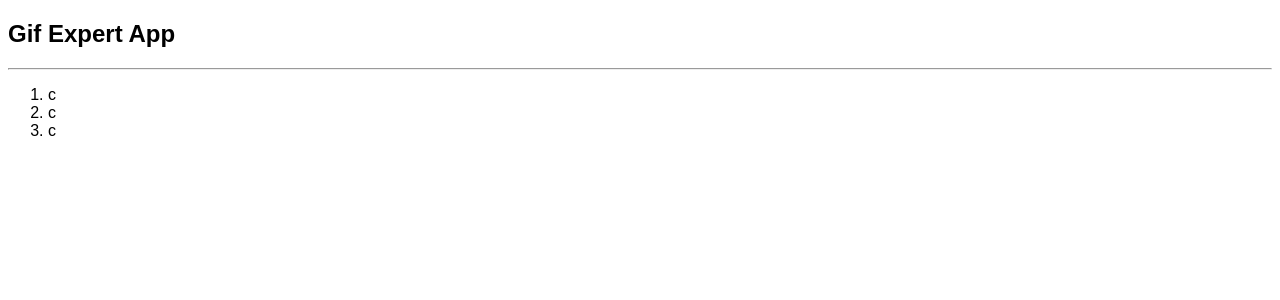
Repository: ppfeliuu/gifs-app
Page: /
The author's editor kept a copy of each file at every save. The page is drawn from the files as they stood at one save, then again after the next save.
The browser window is 1280 px wide. The pictures show the whole page.
The project was rebuilt for these pictures with package versions that can differ from the ones it lists, and the page was loaded fresh each time.

Above is the page before, as saved 2021-05-25 22:06:18.

After the next save:
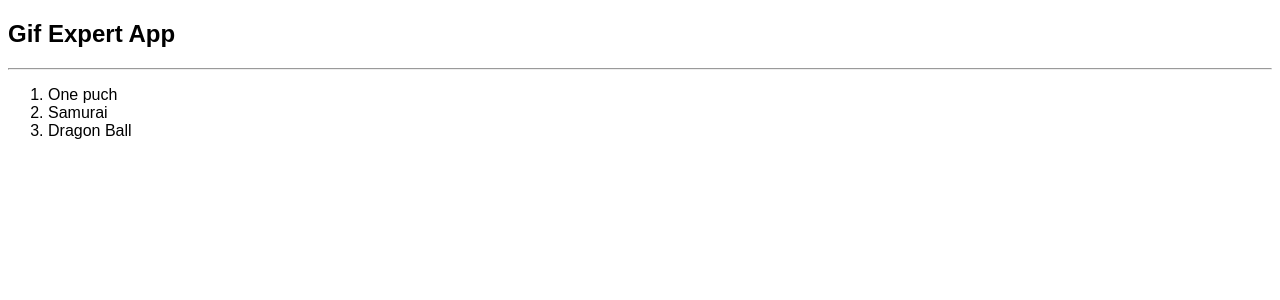
Saved 8 s later.
--- a/src/GifExpertApp.js
+++ b/src/GifExpertApp.js
@@ -10,7 +10,7 @@ export const GifExpertApp = () => {
 
             <ol>
             { categories.map( c => (
-                <li>c</li>
+                <li>{c}</li>
             )) }
 
             </ol>
